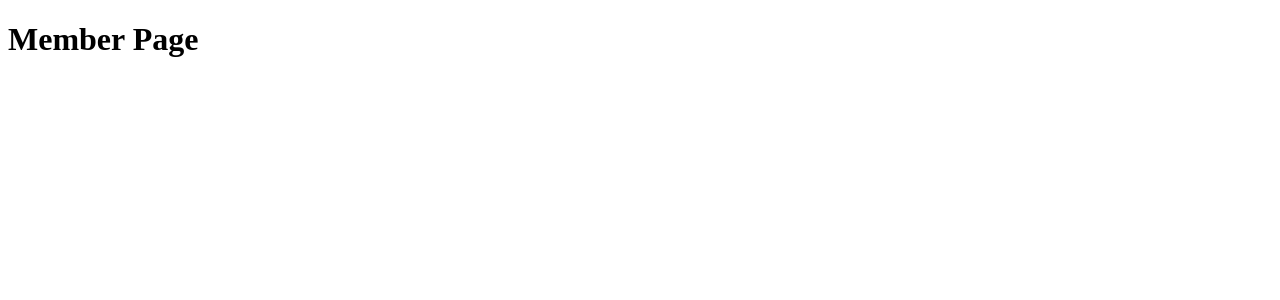
Repository: dhalfks/java2022_09_03
Page: http://localhost/member/index.jsp
These files come from the project's save history. The page is drawn as it stood at one moment and after the next save; the edit follows.
The browser window is 1280 px wide. The pictures show the whole page.
The page is served by Tomcat 9.

Above is the page before, as saved 2022-11-29 00:53:33.

After the next save:
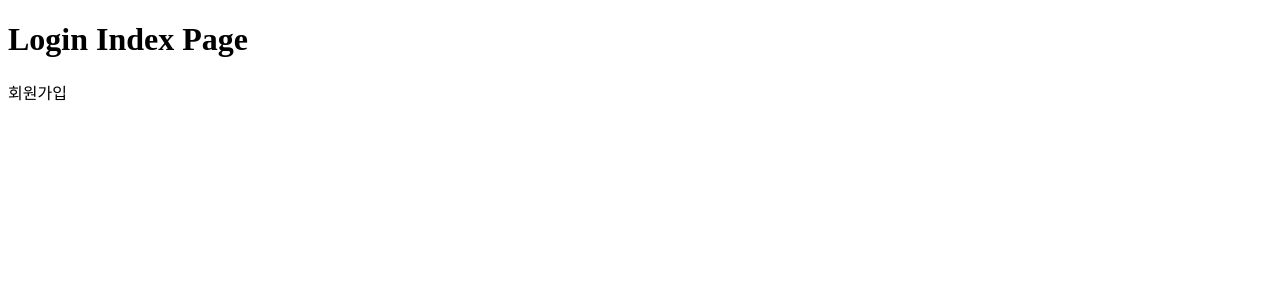
Saved 41 s later.
--- a/JSP_Member/member/src/main/webapp/index.jsp
+++ b/JSP_Member/member/src/main/webapp/index.jsp
@@ -7,6 +7,9 @@
 <title>Insert title here</title>
 </head>
 <body>
-<h1>Member Page</h1>
+<h1>Login Index Page</h1>
+
+<a>회원가입</a>
+
 </body>
 </html>
